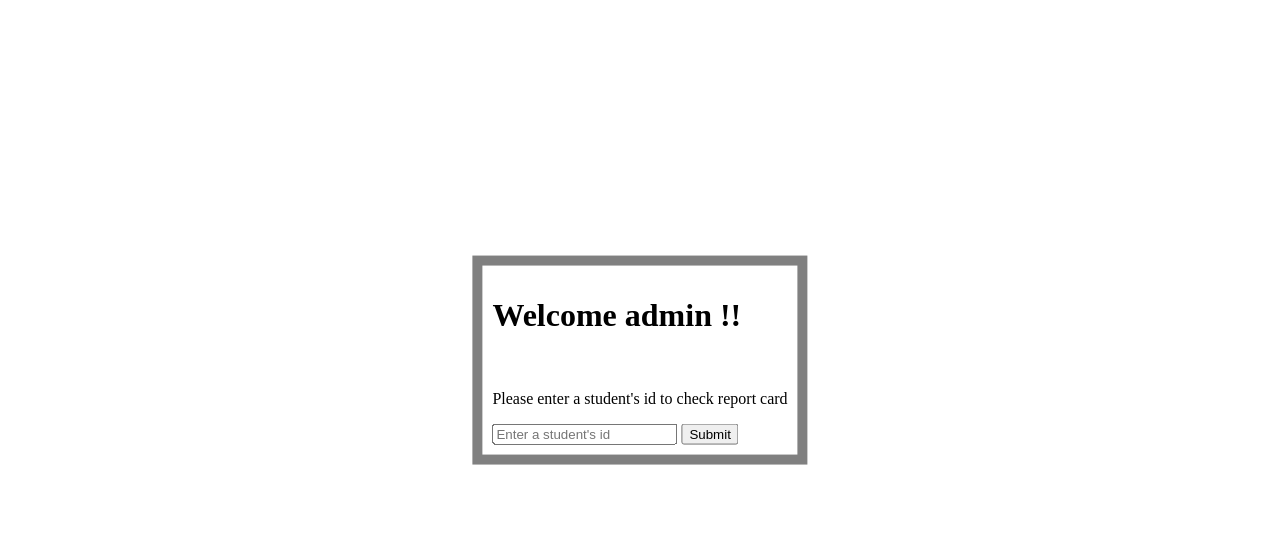
Repository: MriOj/OnlineExamPortal
Page: http://localhost/ExamPortal/admlogin.jsp
The author's editor kept a copy of each file at every save. The page is drawn from the files as they stood at one save, then again after the next save.
The browser window is 1280 px wide. The pictures show the whole page.
The page is served by Tomcat 9.

Above is the page before, as saved 2021-09-05 05:00:48.

After the next save:
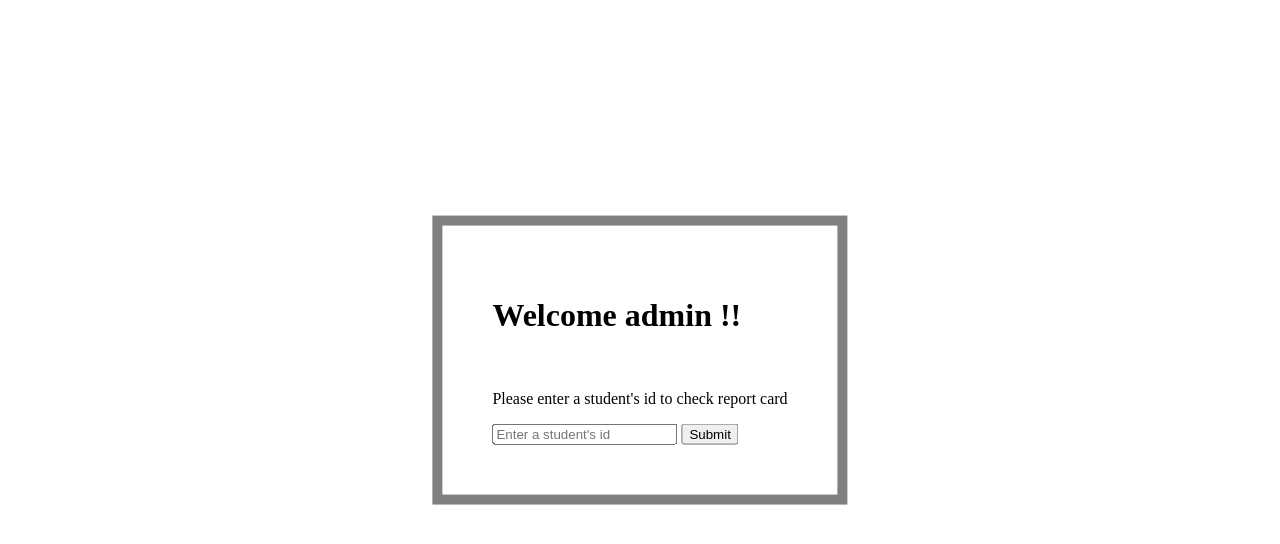
Saved 13 s later.
--- a/ExamPortal/src/main/webapp/admlogin.jsp
+++ b/ExamPortal/src/main/webapp/admlogin.jsp
@@ -14,7 +14,7 @@
   top: 50%;
   transform: translate(-50%, -50%);
     border: 10px solid grey;
-  padding: 10px;
+  padding: 50px;
 }
 </style>
 </head>
